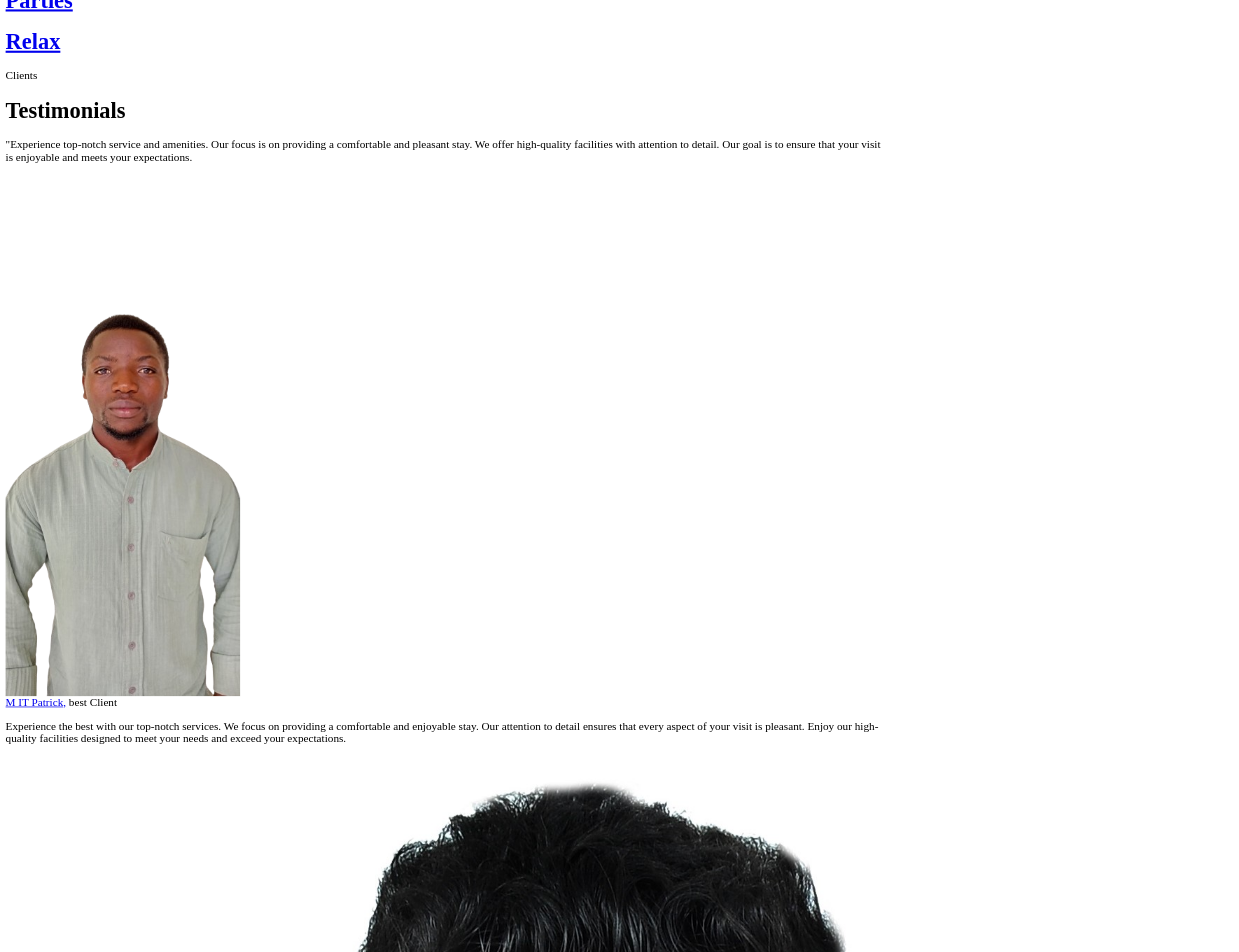
Repository: ITpatrick1/Accommodation-System
Page: http://localhost/home.php
An editor plug-in stored every save of this project. The page is shown before and after the next save, followed by the edit.
The browser window is 1280 px wide. The page is 1770 px wide, so the pictures cover 1770 px, including what lies to the right of the window. The pictures show the part of the page from y = 3128 to 4488 px (the page is 8213 px tall before and 7651 px after), at 70% of full size.
The page is run by PHP 8.4 with error messages shown; the project is at /var/www/html/.

Above is the page before, as saved 2024-08-19 01:50:35.

### home.php
<div class="intro">
    <div class="container">
      <div class="row">
        <div class="col">
          <div class="section_title text-center">
            <div>Welcome</div>
            <h1>Amazing Hotel in front of the Sea</h1>
          </div>
        </div>
      </div>
      <div class="row intro_row">
        <div class="col-xl-8 col-lg-10 offset-xl-2 offset-lg-1">
          <div class="intro_text text-center">
            <p>Effective planning and maximum effort are essential for success. Handling time well and with pleasure is key to managing tasks smoothly without obstacles. Focus on details, even when things are complicated, and stay concentrated on important tasks for progress. Carefully plan for future success and respect important tasks. Enjoy managing time and addressing tasks effectively, without barriers. Pay attention to details amidst complexity and keep focused on key tasks for growth and advancement. Planning carefully and respecting essential tasks will lead to future success.</p>
          </div>
        </div>
      </div>
      <div class="row gallery_row">
        <div class="col">

          <!-- Gallery -->
          <div class="gallery_slider_container">
            <div class="owl-carousel owl-theme gallery_slider">

              <!-- Slide -->
              <div class="gallery_slide">
                <img src="images/gallery_1.jpg" alt="">
                <div class="gallery_overlay">
                  <div class="text-center d-flex flex-column align-items-center justify-content-center">
                    <a href="#">
                      <!-- <span>+</span>
                      <span>See More</span> -->
                    </a>
                  </div>
                </div>
              </div>

              <!-- Slide -->
              <div class="gallery_slide">
                <img src="images/gallery_2.jpg" alt="">
                <div class="gallery_overlay">
                  <div class="text-center d-flex flex-column align-items-center justify-content-center">
                    <a href="#">
                      <!-- <span>+</span>
                      <span>See More</span> -->
                    </a>
                  </div>
                </div>
              </div>

              <!-- Slide -->
              <div class="gallery_slide">
                <img src="images/gallery_3.jpg" alt="">
                <div class="gallery_overlay">
                  <div class="text-center d-flex flex-column align-items-center justify-content-center">
                    <a href="#">
                      <!-- <span>+</span>
                      <span>See More</span> -->
                    </a>
                  </div>
                </div>
              </div>

              <!-- Slide -->
              <div class="gallery_slide">
                <img src="images/gallery_4.jpg" alt="">
                <div class="gallery_overlay">
                  <div class="text-center d-flex flex-column align-items-center justify-content-center">
                    <a href="#">
                      <!-- <span>+</span>
                      <span>See More</span> -->
                    </a>
                  </div>
                </div>
              </div>

            </div>
          </div>

        </div>
      </div>
    </div>
  </div>

  <!-- Rooms -->

  <div class="rooms_right container_wrapper">
    <div class="container">
      <div class="row row-eq-height">

        <!-- Rooms Image -->
        <div class="col-xl-6 order-xl-1 order-2">
          <div class="rooms_slider_container">
            <div class="owl-carousel owl-theme rooms_slider">

              <!-- Slide -->
              <div class="slide">
                <div class="background_image" style="background-image:url(images/rooms_1.jpg)"></div>
              </div>

              <!-- Slide -->
              <div class="slide">
                <div class="background_image" style="background-image:url(images/rooms_1.jpg)"></div>
              </div>

              <!-- Slide -->
              <div class="slide">
                <div class="background_image" style="background-image:url(images/rooms_1.jpg)"></div>
              </div>

            </div>
          </div>
        </div>

        <!-- Rooms Content -->
        <div class="col-xl-6 order-xl-2 order-1">
          <div class="rooms_right_content">
            <div class="section_title">
              <div>Rooms</div>
              <h1>Luxury Double Suite</h1>
            </div>
            <div class="rooms_text">
              <p>Effective planning and effort are crucial. Managing time well and handling tasks smoothly are important for success. Focus on key details, even if things get complicated, and stay committed to your goals. Plan carefully and respect essential tasks to achieve progress. Enjoy managing time and addressing tasks effectively, and stay focused on important details to ensure success.</p>
            </div>
            <div class="rooms_list">
              <ul>
                <li class="d-flex flex-row align-items-center justify-content-start">
                  <img src="images/check.png" alt="">
                  <span>Time management and handling tasks were effective.</span>
                </li>
                <li class="d-flex flex-row align-items-center justify-content-start">
                  <img src="images/check.png" alt="">
                  <span>Time management was effective</span>
                </li>
                <li class="d-flex flex-row align-items-center justify-content-start">
                  <img src="images/check.png" alt="">
                  <span>Flexible and adaptable to elite standards.</span>
                </li>
              </ul>
            </div>
            <div class="rooms_price">70,000FRW/<span>Night</span></div>

          </div>
        </div>

      </div>
    </div>
  </div>

  <!-- Rooms -->

  <div class="rooms_left container_wrapper">
    <div class="container">
      <div class="row row-eq-height">

        <!-- Rooms Content -->
        <div class="col-xl-6">
          <div class="rooms_left_content">
            <div class="section_title">
              <div>Rooms</div>
              <h1>Luxury Single Room</h1>
            </div>
            <div class="rooms_text">
              <p>Focus on optimizing your approach. Time management was previously handled well. No issues with the details; everything is in place. Ensure consistency in practices and focus on improvements. Handle tasks with precision and adapt as needed. Maintain high standards and adjust strategies as required. Previously managed time effectively.</p>
            </div>
            <div class="rooms_list">
              <ul>
                <li class="d-flex flex-row align-items-center justify-content-start">
                  <img src="images/check.png" alt="">
                  <span>Time management was previously handled well.</span>
                </li>
                <li class="d-flex flex-row align-items-center justify-content-start">
                  <img src="images/check.png" alt="">
                  <span>Time management was previously managed</span>
                </li>
                <li class="d-flex flex-row align-items-center justify-content-start">
                  <img src="images/check.png" alt="">
                  <span>Use options carefully to achieve the best outcome.</span>
                </li>
              </ul>
            </div>
            <div class="rooms_price">97,000FRW/<span>Night</span></div>

          </div>
        </div>

        <!-- Rooms Image -->
        <div class="col-xl-6">
          <div class="rooms_slider_container">
            <div class="owl-carousel owl-theme rooms_slider">

              <!-- Slide -->
              <div class="slide">
                <div class="background_image" style="background-image:url(images/rooms_2.jpg)"></div>
              </div>

              <!-- Slide -->
              <div class="slide">
                <div class="background_image" style="background-image:url(images/rooms_2.jpg)"></div>
              </div>

              <!-- Slide -->
              <div class="slide">
                <div class="background_image" style="background-image:url(images/rooms_2.jpg)"></div>
              </div>

            </div>
          </div>
        </div>

      </div>
    </div>
  </div>

  <!-- Discover -->

  <div class="discover">

    <!-- Discover Content -->
    <div class="discover_content">
      <div class="container">
        <div class="row">
          <div class="col-lg-5">
            <div class="section_title">
              <div>Hotel</div>
              <h1>Discover Marimar Hotel</h1>
            </div>
          </div>
        </div>
        <div class="row discover_row">
          <div class="col-lg-5">
            <div class="discover_highlight">
              <p>Time has passed, but the experience remains excellent. The hotel offers great amenities, with a focus on quality and comfort.</p>
            </div>
            <!-- <div class="button discover_button"><a href="#">discover</a></div> -->
          </div>
          <div class="col-lg-7">
            <div class="discover_text">
              <p>Time has passed, but the experience is still excellent. The hotel offers top-notch amenities and a comfortable environment. The service is consistent and focused on quality. Our facilities are designed to meet your needs and ensure a pleasant stay. Whether you’re looking for relaxation or convenience, everything is carefully maintained to provide a satisfying experience.</p>
            </div>
          </div>
        </div>
      </div>
    </div>

    <!-- Discover Slider -->
    <div class="discover_slider_container">
      <div class="owl-carousel owl-theme discover_slider">

        <!-- Slide -->
        <div class="slide">
          <div class="background_image" style="background-image:url(images/discover_1.jpg)"></div>
          <div class="discover_overlay d-flex flex-column align-items-center justify-content-center">
            <h1><a href="#">Weddings</a></h1>
          </div>
        </div>

        <!-- Slide -->
        <div class="slide">
          <div class="background_image" style="background-image:url(images/discover_2.jpg)"></div>
          <div class="discover_overlay d-flex flex-column align-items-center justify-content-center">
            <h1><a href="#">Parties</a></h1>
          </div>
        </div>

        <!-- Slide -->
        <div class="slide">
          <div class="background_image" style="background-image:url(images/discover_3.jpg)"></div>
          <div class="discover_overlay d-flex flex-column align-items-center justify-content-center">
            <h1><a href="#">Relax</a></h1>
          </div>
        </div>

      </div>
    </div>

  </div>

  <!-- Testimonials -->

  <div class="testimonials">
    <div class="container">
      <div class="row">
        <div class="col">
          <div class="section_title text-center">
            <div>Clients</div>
            <h1>Testimonials</h1>
          </div>
        </div>
      </div>
      <div class="row testimonials_row">
        <div class="col">

          <!-- Testimonials Slider -->
          <div class="testimonials_slider_container">
            <div class="owl-carousel owl-theme testimonials_slider">

              <!-- Slide -->
              <div>
                <div class="testimonial_text text-center">
                  <p>"Experience top-notch service and amenities. Our focus is on providing a comfortable and pleasant stay. We offer high-quality facilities with attention to detail. Our goal is to ensure that your visit is enjoyable and meets your expectations.</p>
                </div>
                <div class="testimonial_author text-center">
                  <div class="testimonial_author_image"><img src="images/1.png" alt=""></div>
                  <div class="testimonial_author_name"><a href="#">M IT Patrick,</a><span> best Client</span></div>
                </div>
              </div>

              <!-- Slide -->
              <div>
                <div class="testimonial_text text-center">
                  <p>Experience the best with our top-notch services. We focus on providing a comfortable and enjoyable stay. Our attention to detail ensures that every aspect of your visit is pleasant. Enjoy our high-quality facilities designed to meet your needs and exceed your expectations.</p>
                </div>
                <div class="testimonial_author text-center">
                  <div class="testimonial_author_image"><img src="images/rayhan.jpg" alt=""></div>
                  <div class="testimonial_author_name"><a href="#">N IT kevin,</a><span> Client</span></div>
                </div>
              </div>

              <!-- Slide -->
              <div>
                <div class="testimonial_text text-center">
                  <p>Experience top-notch service with our attention to detail. We ensure your stay is comfortable and enjoyable. Our facilities are designed to meet your needs and exceed your expectations. Enjoy a stay where everything is taken care of for you.</p>
                </div>
                <div class="testimonial_author text-center">
                  <div class="testimonial_author_image"><img src="images/tushar.jpg" alt=""></div>
                  <div class="testimonial_author_name"><a href="#">N_David,</a><span> Client</span></div>
                </div>
              </div>

            </div>
          </div>
        </div>
      </div>
    </div>
  </div>

After the next save:
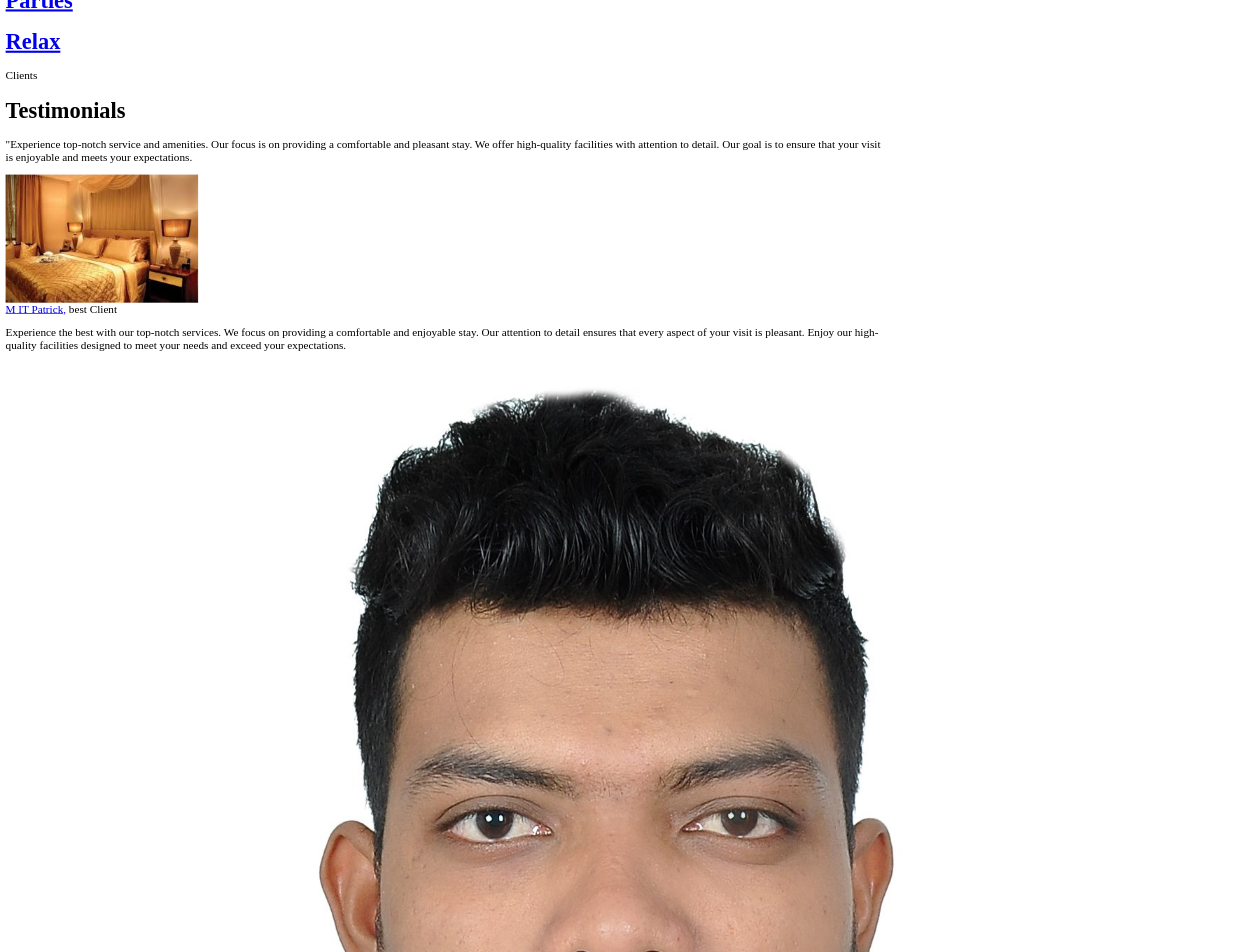
Saved 5 min 7 s later.
--- a/home.php
+++ b/home.php
@@ -301,7 +301,7 @@
                   <p>"Experience top-notch service and amenities. Our focus is on providing a comfortable and pleasant stay. We offer high-quality facilities with attention to detail. Our goal is to ensure that your visit is enjoyable and meets your expectations.</p>
                 </div>
                 <div class="testimonial_author text-center">
-                  <div class="testimonial_author_image"><img src="images/1.png" alt=""></div>
+                  <div class="testimonial_author_image"><img src="images/1.jpg" alt=""></div>
                   <div class="testimonial_author_name"><a href="#">M IT Patrick,</a><span> best Client</span></div>
                 </div>
               </div>

After the save that followed:
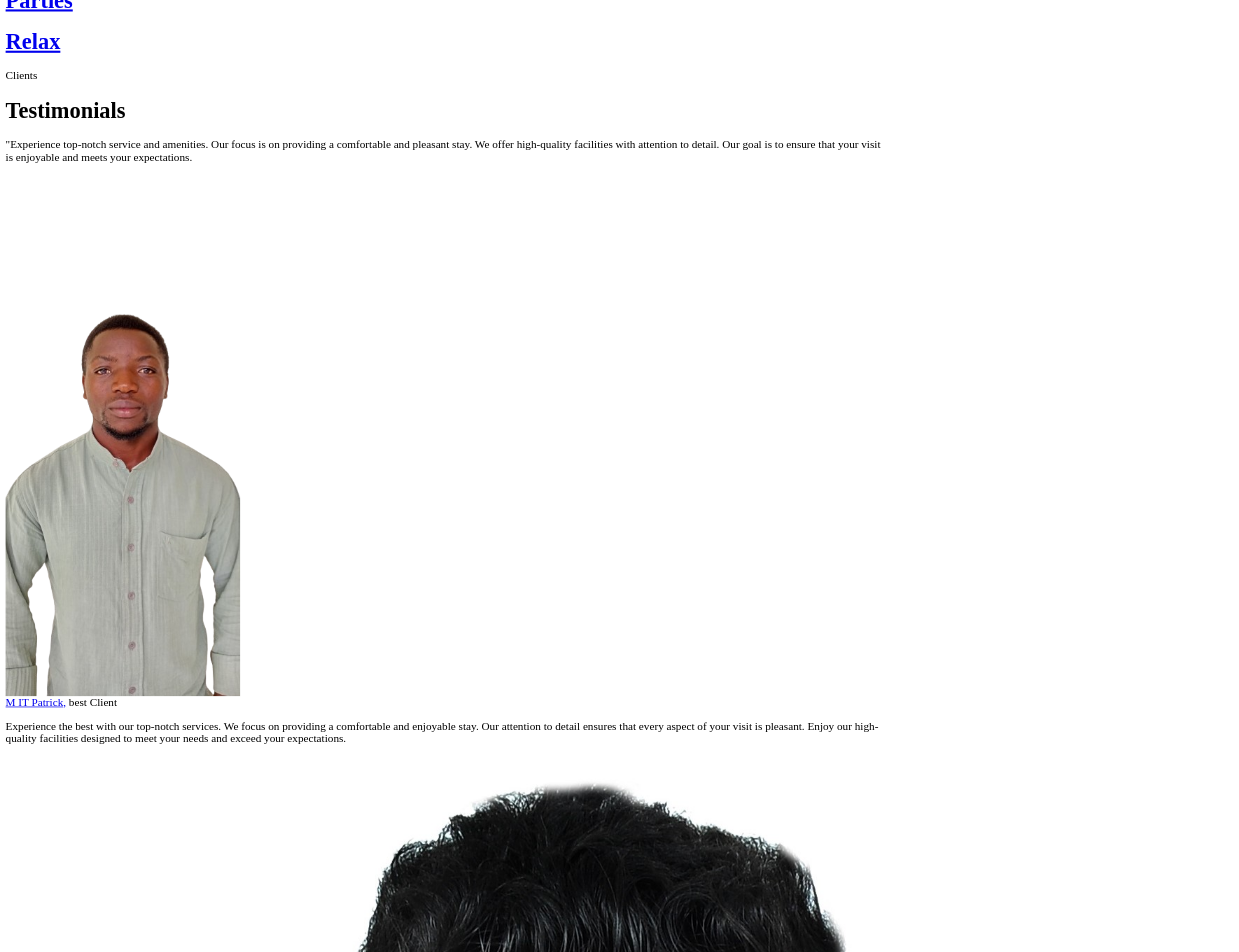
Saved 4 min 2 s later.
--- a/home.php
+++ b/home.php
@@ -301,7 +301,7 @@
                   <p>"Experience top-notch service and amenities. Our focus is on providing a comfortable and pleasant stay. We offer high-quality facilities with attention to detail. Our goal is to ensure that your visit is enjoyable and meets your expectations.</p>
                 </div>
                 <div class="testimonial_author text-center">
-                  <div class="testimonial_author_image"><img src="images/1.jpg" alt=""></div>
+                  <div class="testimonial_author_image"><img src="images/1.png" alt=""></div>
                   <div class="testimonial_author_name"><a href="#">M IT Patrick,</a><span> best Client</span></div>
                 </div>
               </div>
